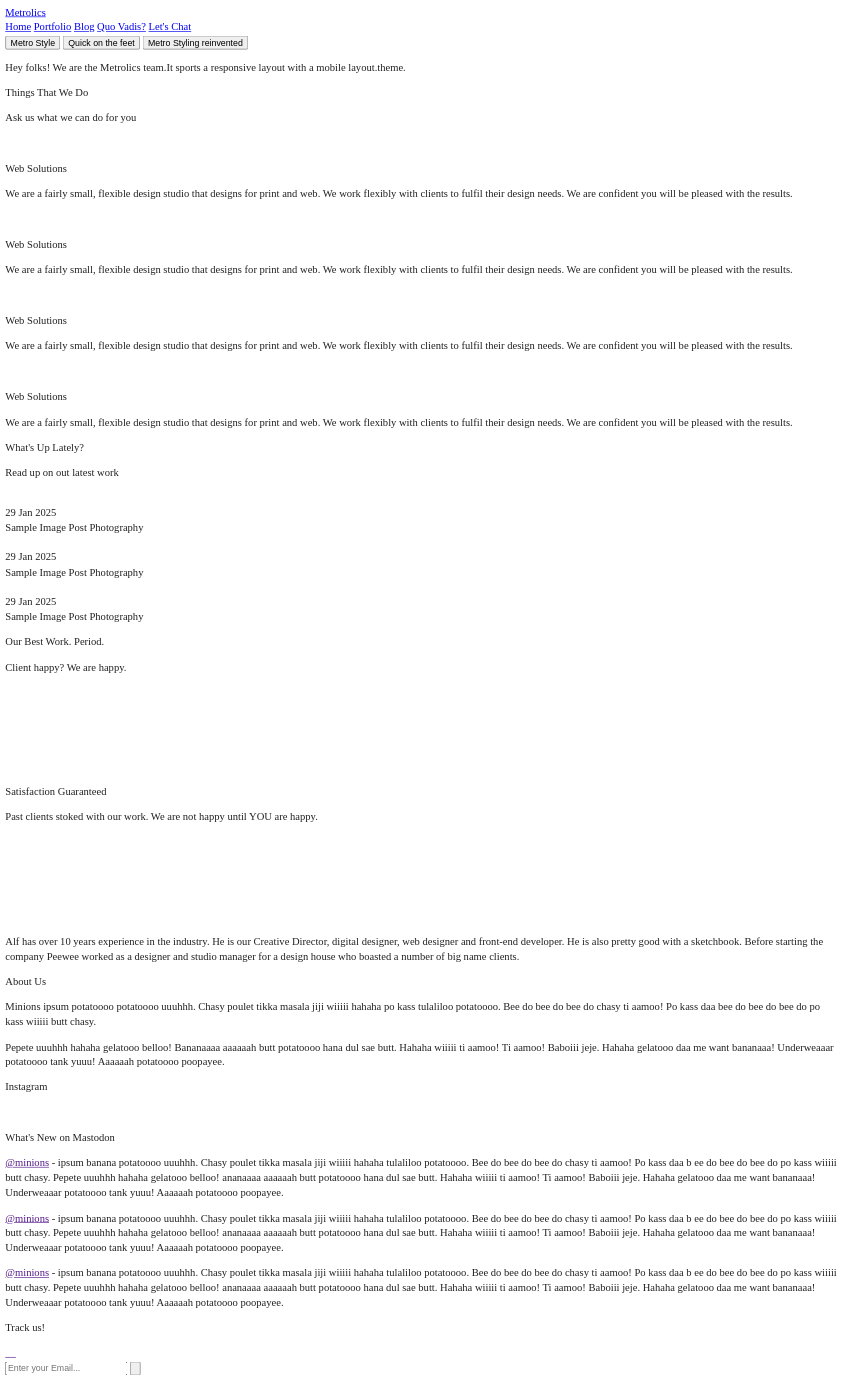
Repository: Angehyy/wk02_site
Page: index.html
An editor plug-in stored every save of this project. The page is shown before and after a run of saves, followed by the edit.
The browser window is 1280 px wide. The pictures show the whole page, at 66% of full size.

Above is the page before, as saved 2025-01-20 20:48:52.

### index.html
<!doctype html>
<html class="no-js" lang="">

<head>
  <meta charset="utf-8">
  <meta name="viewport" content="width=device-width, initial-scale=1">
  <title>Metrolics</title>
  <link rel="stylesheet" href="css/style.css">
  <meta name="description" content="Learn about Metrolics">

  <meta property="og:title" content="">
  <meta property="og:type" content="">
  <meta property="og:url" content="">
  <meta property="og:image" content="">
  <meta property="og:image:alt" content="">

  <link rel="icon" href="/favicon.ico" sizes="any">
  <link rel="icon" href="/icon.svg" type="image/svg+xml">
  <link rel="apple-touch-icon" href="icon.png">

  <link rel="manifest" href="site.webmanifest">
  <meta name="theme-color" content="#fafafa">
</head>

<body>
  <header>
    <div class="header">
      <a href="#default" class="">Metrolics</a>
      <div class="header-right">
        <a href="#home" class="header-home">Home</a>
        <a href="#portfolio" class="header-portfolio">Portfolio</a>
        <a href="#blog" class="header-blog">Blog</a>
        <a href="#quovadis" class="header-quovalids">Quo Vadis?</a>
        <a href="#chat" class="header-chat">Let's Chat</a>
      </div>
    </div>
  </header>

  <main>
    <div class="img-buttons">
      <button class="button-metro">Metro Style</button>
      <button class="button-quick">Quick on the feet</button>
      <button class="button-reinvented">Metro Styling reinvented</button>
      <img src="" alt="" class="home-banner">
    </div>

    <div class="main-text">
      <p class="home-main-text">Hey folks! We are the <span class="highligh">Metrolics</span> team.It sports a responsive layout with a mobile layout.theme.</p>
    </div>

    <section class="section">
      <p class="section-header">Things That We Do</p>
      <p class="section-subheader">Ask us what we can do for you</p>
    </section>

    <div class="web-solutions-container">
      <div class="item">
        <img class="lightbulb" src="" alt="">
        <p class="lightbulb-caption">Web Solutions</p>
        <p class="lightbulb-description">We are a fairly small, flexible design studio that designs for print and web. We work flexibly with clients to fulfil their design needs. We are confident you will be pleased with the results.</p>
      </div>

      <div class="item">
        <img src="" alt="" class="camera">
        <p class="camera-caption">Web Solutions</p>
        <p class="camera-description">We are a fairly small, flexible design studio that designs for print and web. We work flexibly with clients to fulfil their design needs. We are confident you will be pleased with the results.</p>
      </div>

      <div class="item">
        <img src="" alt="" class="touch">
        <p class="touch-caption">Web Solutions</p>
        <p class="touch-description">We are a fairly small, flexible design studio that designs for print and web. We work flexibly with clients to fulfil their design needs. We are confident you will be pleased with the results.</p>
      </div>

      <div class="item">
        <img src="" alt="" class="pencil">
        <p class="pencil-caption">Web Solutions</p>
        <p class="pencil-description">We are a fairly small, flexible design studio that designs for print and web. We work flexibly with clients to fulfil their design needs. We are confident you will be pleased with the results.</p>
      </div>
    </div>

    <section class="section">
      <p class="section-header">What's Up Lately?</p>
      <p class="section-subheader">Read up on out latest work</p>
    </section>

    <div class="flex-container-2">
      <div class="event-1">
        <img src="" alt="" class="event-picture">
        <div class="event-top-right">
          <span class="date-top">29</span>
          <span class="month-bottom">Jan 2025</span>
        </div>
        <div class="event-description">
          <span class="event-bottom-header">Sample Image Post</span>
          <span class="event-bottom-subheader">Photography</span>
        </div>
      </div>
      <div class="">
        <img src="" alt="">
        <div class="event-top-right">
          <span class="date-top">29</span>
          <span class="month-bottom">Jan 2025</span>
        </div>
        <div class="event-description">
          <span class="event-bottom-header">Sample Image Post</span>
          <span class="event-bottom-subheader">Photography</span>
        </div>
      </div>
      <div class="">
        <img src="" alt="">
        <div class="event-top-right">
          <span class="date-top">29</span>
          <span class="month-bottom">Jan 2025</span>
        </div>
        <div class="event-description">
          <span class="event-bottom-header">Sample Image Post</span>
          <span class="event-bottom-subheader">Photography</span>
        </div>
      </div>
    </div>

    <section class="section">
      <p class="section-header">Our Best Work. Period.</p>
      <p class="section-subheader">Client happy? We are happy.</p>
    </section>

   <div class="gallary-container">
      <div class="gallary">
        <img src="" alt="" class="gallary">
      </div>
      <div class="gallary">
        <img src="" alt="" class="gallary">
      </div>
      <div class="gallary">
        <img src="" alt="" class="gallary">
      </div>
      <div class="gallary">
        <img src="" alt="" class="gallary">
      </div>
      <div class="gallary">
        <img src="" alt="" class="gallary">
      </div>
      <div class="gallary">
        <img src="" alt="" class="gallary">
      </div>
    </div>

    <section class="section">
      <p class="section-header">Satisfaction Guaranteed</p>
      <p class="section-subheader">Past clients stoked with our work. We are not happy until YOU are happy.</p>
    </section>

    <div class="client-container">
      <div class="client" id="kirita">
        <span class="client-rectangle">
          <img src="" alt="" class="client-logo">
        </span>
      </div>
      <div class="client" id="inkscape">
        <span class="client-rectangle">
          <img src="" alt="" class="client-logo">
        </span>
      </div>
      <div class="client" id="godot">
        <span class="client-rectangle">
          <img src="" alt="" class="client-logo">
        </span>
      </div>
      <div class="client" id="blender">
        <span class="client-rectangle">
          <img src="" alt="" class="client-logo">
        </span>
      </div>
      <div class="client" id="penpot">
        <span class="client-rectangle">
          <img src="" alt="" class="client-logo">
        </span>
      </div>
    </div>

  </main>

  <footer class="footer">
    <section class="profile">
      <span class="profile">
        <img src="" alt="" class="profile-pic">
        <p class="profile-bio">Alf has over 10 years experience in the industry. He is our Creative Director, digital designer, web designer and front-end developer. He is also pretty good with a sketchbook. Before starting the company Peewee worked as a designer and studio manager for a design house who boasted a number of big name clients.</p>
      </span>
    </section>
    <div class="about-us">
      <p class="footer-subheader">About Us</p>
      <p class="footer-text">Minions ipsum potatoooo potatoooo uuuhhh. Chasy poulet tikka masala jiji wiiiii hahaha po kass tulaliloo potatoooo. Bee do bee do bee do chasy ti aamoo! Po kass daa bee do bee do bee do po kass wiiiii butt chasy.</p>

      <p class="footer-text">Pepete uuuhhh hahaha gelatooo belloo! Bananaaaa aaaaaah butt potatoooo hana dul sae butt. Hahaha wiiiii ti aamoo! Ti aamoo! Baboiii jeje. Hahaha gelatooo daa me want bananaaa! Underweaaar potatoooo tank yuuu! Aaaaaah potatoooo poopayee. </p>
    </div>
    <div class="instagram">
      <p class="footer-subheader">Instagram</p>
      <img src="" alt="" class="insta-post">
      <img src="" alt="" class="insta-post">
      <img src="" alt="" class="insta-post">
      <img src="" alt=""class="insta-post">
      <img src="" alt=""class="insta-post">
      <img src="" alt=""class="insta-post">
      <img src="" alt=""class="insta-post">
      <img src="" alt=""class="insta-post">
    </div>

    <div class="mastodon">
      <p class="footer-subheader">What's New on Mastodon</p>
      <p class="footer-text"><a href="" class="mention">@minions</a> - ipsum banana potatoooo uuuhhh. Chasy poulet tikka masala jiji wiiiii hahaha tulaliloo potatoooo. Bee do bee do bee do chasy ti aamoo! Po kass daa b ee do bee do bee do po kass wiiiii butt chasy. Pepete uuuhhh hahaha gelatooo belloo! ananaaaa aaaaaah butt potatoooo hana dul sae butt. Hahaha wiiiii ti aamoo! Ti aamoo! Baboiii jeje. Hahaha gelatooo daa me want bananaaa! Underweaaar potatoooo tank yuuu! Aaaaaah potatoooo poopayee. </p>
      <p class="footer-text"><a href="" class="mention">@minions</a> - ipsum banana potatoooo uuuhhh. Chasy poulet tikka masala jiji wiiiii hahaha tulaliloo potatoooo. Bee do bee do bee do chasy ti aamoo! Po kass daa b ee do bee do bee do po kass wiiiii butt chasy. Pepete uuuhhh hahaha gelatooo belloo! ananaaaa aaaaaah butt potatoooo hana dul sae butt. Hahaha wiiiii ti aamoo! Ti aamoo! Baboiii jeje. Hahaha gelatooo daa me want bananaaa! Underweaaar potatoooo tank yuuu! Aaaaaah potatoooo poopayee. </p>
      <p class="footer-text"><a href="" class="mention">@minions</a> - ipsum banana potatoooo uuuhhh. Chasy poulet tikka masala jiji wiiiii hahaha tulaliloo potatoooo. Bee do bee do bee do chasy ti aamoo! Po kass daa b ee do bee do bee do po kass wiiiii butt chasy. Pepete uuuhhh hahaha gelatooo belloo! ananaaaa aaaaaah butt potatoooo hana dul sae butt. Hahaha wiiiii ti aamoo! Ti aamoo! Baboiii jeje. Hahaha gelatooo daa me want bananaaa! Underweaaar potatoooo tank yuuu! Aaaaaah potatoooo poopayee. </p>
    </div>

    <div class="track-us">
      <p class="footer-subheader">Track us!</p>
      <a href="" class="blue">
        <img src="" alt="" class="socials-icon">
      </a>
      <a href="" class="red">
        <img src="" alt="" class="socials-icon">
      </a>

      <a href="" class="light-blue">
        <img src="" alt="" class="socials-icon">
      </a>

      <a href="" class="pink">
        <img src="" alt="" class="socials-icon">
      </a>

      <a href="" class="yellow">
        <img src="" alt="" class="socials-icon">
      </a>

      <form class="email-form" method="post">
        <input class="email-textbox" type="email" id="email" placeholder="Enter your Email...">
        <button class="sumbit-button" type="submit"><img class="paper-plane" src="" alt=""></button>
      </form>
    </div>

  </footer>

  <script src="js/app.js"></script>

</body>

</html>

### css/style.css
/*! HTML5 Boilerplate v9.0.1 | MIT License | https://html5boilerplate.com/ */

/* main.css 3.0.0 | MIT License | https://github.com/h5bp/main.css#readme */
/*
 * What follows is the result of much research on cross-browser styling.
 * Credit left inline and big thanks to Nicolas Gallagher, Jonathan Neal,
 * Kroc Camen, and the H5BP dev community and team.
 */

/* ==========================================================================
   Base styles: opinionated defaults
   ========================================================================== */

html {
  color: #222;
  font-size: 1em;
  line-height: 1.4;
}

/*
 * Remove text-shadow in selection highlight:
 * https://twitter.com/miketaylr/status/12228805301
 *
 * Customize the background color to match your design.
 */

::-moz-selection {
  background: #b3d4fc;
  text-shadow: none;
}

::selection {
  background: #b3d4fc;
  text-shadow: none;
}

/*
 * A better looking default horizontal rule
 */

hr {
  display: block;
  height: 1px;
  border: 0;
  border-top: 1px solid #ccc;
  margin: 1em 0;
  padding: 0;
}

/*
 * Remove the gap between audio, canvas, iframes,
 * images, videos and the bottom of their containers:
 * https://github.com/h5bp/html5-boilerplate/issues/440
 */

audio,
canvas,
iframe,
img,
svg,
video {
  vertical-align: middle;
}

/*
 * Remove default fieldset styles.
 */

fieldset {
  border: 0;
  margin: 0;
  padding: 0;
}

/*
 * Allow only vertical resizing of textareas.
 */

textarea {
  resize: vertical;
}

/* ==========================================================================
   Author's custom styles
   ========================================================================== */

/* ==========================================================================
   Helper classes
   ========================================================================== */

/*
 * Hide visually and from screen readers
 */

.hidden,
[hidden] {
  display: none !important;
}

/*
 * Hide only visually, but have it available for screen readers:
 * https://snook.ca/archives/html_and_css/hiding-content-for-accessibility
 *
 * 1. For long content, line feeds are not interpreted as spaces and small width
 *    causes content to wrap 1 word per line:
 *    https://medium.com/@jessebeach/beware-smushed-off-screen-accessible-text-5952a4c2cbfe
 */

.visually-hidden {
  border: 0;
  clip: rect(0, 0, 0, 0);
  height: 1px;
  margin: -1px;
  overflow: hidden;
  padding: 0;
  position: absolute;
  white-space: nowrap;
  width: 1px;
  /* 1 */
}

/*
 * Extends the .visually-hidden class to allow the element
 * to be focusable when navigated to via the keyboard:
 * https://www.drupal.org/node/897638
 */

.visually-hidden.focusable:active,
.visually-hidden.focusable:focus {
  clip: auto;
  height: auto;
  margin: 0;
  overflow: visible;
  position: static;
  white-space: inherit;
  width: auto;
}

/*
 * Hide visually and from screen readers, but maintain layout
 */

.invisible {
  visibility: hidden;
}

/*
 * Clearfix: contain floats
 *
 * The use of `table` rather than `block` is only necessary if using
 * `::before` to contain the top-margins of child elements.
 */

.clearfix::before,
.clearfix::after {
  content: "";
  display: table;
}

.clearfix::after {
  clear: both;
}

/* ==========================================================================
   EXAMPLE Media Queries for Responsive Design.
   These examples override the primary ('mobile first') styles.
   Modify as content requires.
   ========================================================================== */

@media only screen and (min-width: 35em) {
  /* Style adjustments for viewports that meet the condition */
}

@media print,
  (-webkit-min-device-pixel-ratio: 1.25),
  (min-resolution: 1.25dppx),
  (min-resolution: 120dpi) {
  /* Style adjustments for high resolution devices */
}

/* ==========================================================================
   Print styles.
   Inlined to avoid the additional HTTP request:
   https://www.phpied.com/delay-loading-your-print-css/
   ========================================================================== */

@media print {
  *,
  *::before,
  *::after {
    background: #fff !important;
    color: #000 !important;
    /* Black prints faster */
    box-shadow: none !important;
    text-shadow: none !important;
  }

  a,
  a:visited {
    text-decoration: underline;
  }

  a[href]::after {
    content: " (" attr(href) ")";
  }

  abbr[title]::after {
    content: " (" attr(title) ")";
  }

  /*
   * Don't show links that are fragment identifiers,
   * or use the `javascript:` pseudo protocol
   */
  a[href^="#"]::after,
  a[href^="javascript:"]::after {
    content: "";
  }

  pre {
    white-space: pre-wrap !important;
  }

  pre,
  blockquote {
    border: 1px solid #999;
    page-break-inside: avoid;
  }

  tr,
  img {
    page-break-inside: avoid;
  }

  p,
  h2,
  h3 {
    orphans: 3;
    widows: 3;
  }

  h2,
  h3 {
    page-break-after: avoid;
  }
}

Loaded but not shown: js/app.js (no stored copy; drawn as an empty file)

After the next 2 saves:
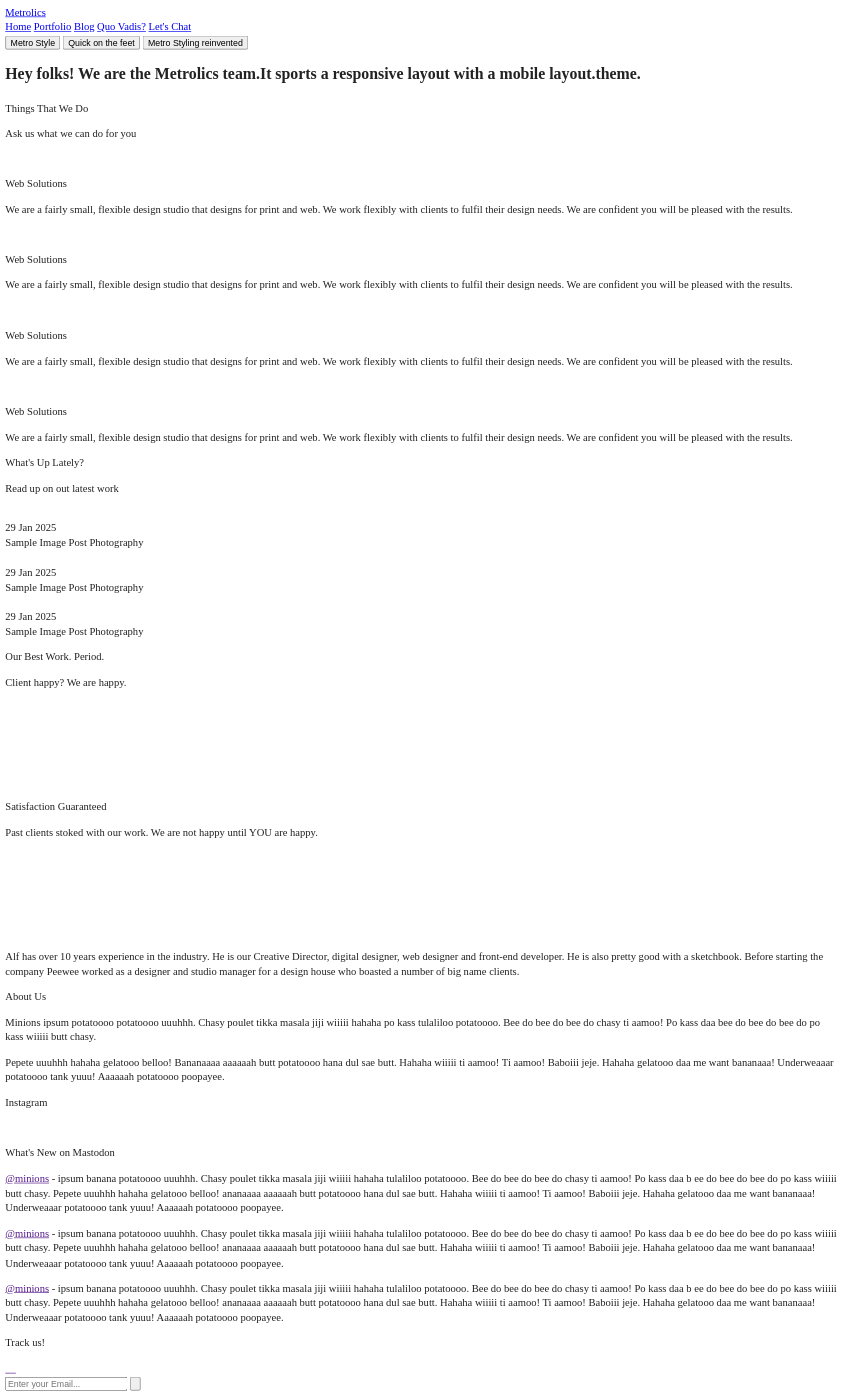
The 2 saves are shown as one change because they came seconds apart.
The last was saved 3 min 50 s later.
--- a/index.html
+++ b/index.html
@@ -45,7 +45,7 @@
     </div>
 
     <div class="main-text">
-      <p class="home-main-text">Hey folks! We are the <span class="highligh">Metrolics</span> team.It sports a responsive layout with a mobile layout.theme.</p>
+      <h2 class="home-main-text">Hey folks! We are the <span class="highligh">Metrolics</span> team.It sports a responsive layout with a mobile layout.theme.</p>
     </div>
 
     <section class="section">
